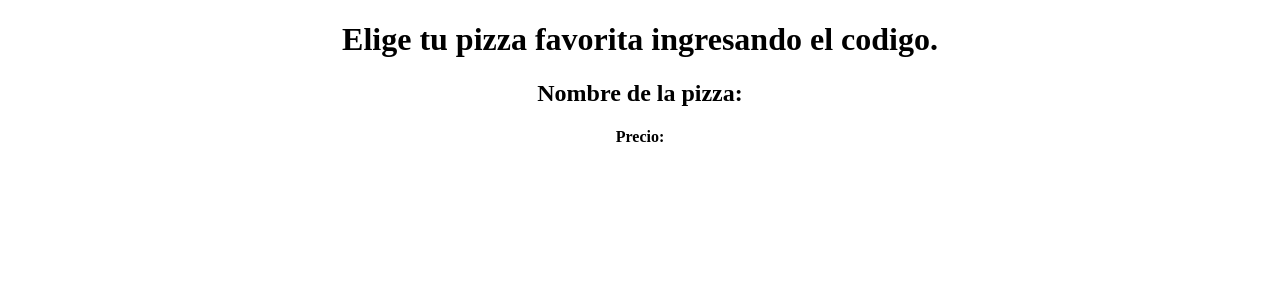
Repository: lucas-itup/E1-JAVASCRIPT
Page: index.html
These files come from the project's save history. The page is drawn as it stood at one moment and after the next save; the edit follows.
The browser window is 1280 px wide. The pictures show the whole page.

Above is the page before, as saved 2022-09-11 19:58:26.

After the next save:
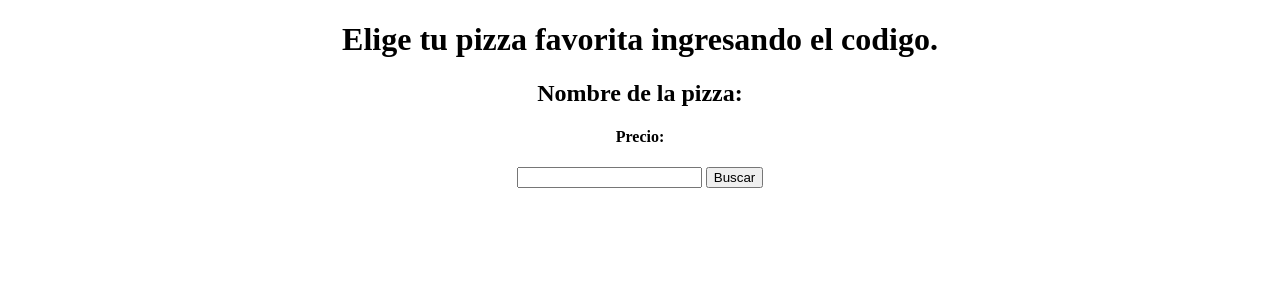
Saved 115 s later.
--- a/index.html
+++ b/index.html
@@ -17,6 +17,10 @@
             <h2>Nombre de la pizza: <span id="nombre-pizza"> </span></h2>
             <h4>Precio: <span id="precio-pizza"></span></h4>
         </div>
+        <div>
+            <input type="number" id="value-precio">
+            <button type="button">Buscar</button>
+        </div>
     </div>
     <script src="/assets/index.js"></script>
 </body>
